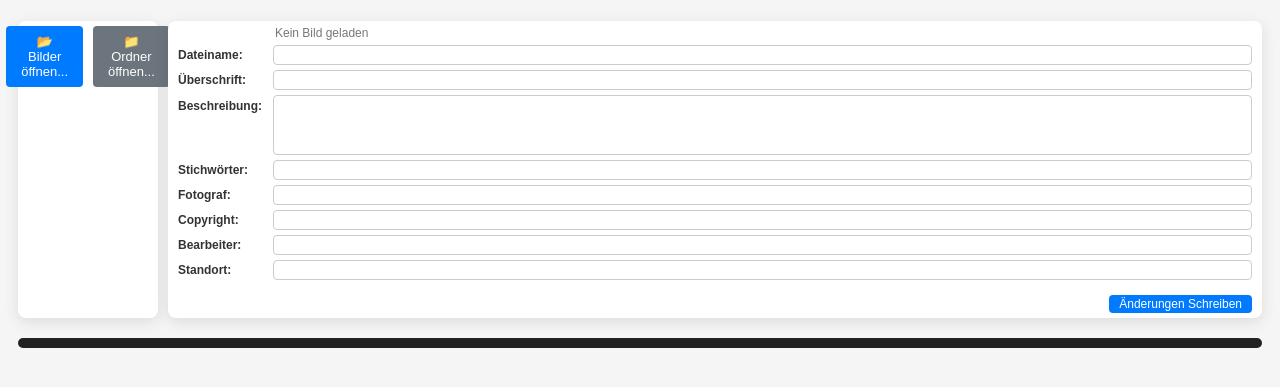
Repository: h-fahle/metadata
Page: ui/index.html
An editor plug-in stored every save of this project. The page is shown before and after the next save, followed by the edit.
The browser window is 1280 px wide. The pictures show the whole page.

Above is the page before, as saved 2026-08-17 14:18:54.

### ui/index.html
<!DOCTYPE html>
<html lang="de">

<head>
	<meta charset="UTF-8">
	<title>Tauri ExifTool Test</title>
	<link rel="stylesheet" href="style.css">
</head>

<body>

	<div class="main-container">

		<!-- Das Vorschaubild links -->
		<div id="sidebar">
			<!-- <button id="file-open" onclick="dateiAuswählen()">Datei öffnen</button> -->

			<div style="display: flex; gap: 10px; margin-bottom: 20px;">
				<!-- Button A: Für einzelne oder viele Bilder -->
				<button onclick="auswählen('dateien')" style="background: #007BFF; padding: 8px 15px; font-size: 13px;">
					📂 Bilder öffnen...
				</button>

				<!-- Button B: Für einen ganzen Ordner -->
				<button onclick="auswählen('ordner')" style="background: #6c757d; padding: 8px 15px; font-size: 13px;">
					📁 Ordner öffnen...
				</button>
			</div>

			<img id="vorschau-bild" src="" style="display:none;" />
			<div id="bild-info" style="text-align:center;">
				<span id="img-nummer"></span><br>
				<span id="img-datum"></span><br>
				<span id="img-groesse"></span>
			</div>
		</div>

		<!-- Das Formular rechts -->
		<form action="" method="post">

			<div id="ordner-pfad">Kein Bild geladen</div>

			<p>
				<label for="filename">Dateiname:</label>
				<input type="text" id="filename" name="filename" title="Im Einzelmodus: Änderung des Dateinamens bewirkt Umbenennung der Datei.
Im Stapelmodus: Ordnername is nicht änderbar." />
			</p>
			<p>
				<label for="caption">Überschrift:</label>
				<input type="text" id="caption" name="caption" title="Auch (Dokument-)Titel, Schlagzeile, Headline" />
			</p>
			<p>
				<label for="description">Beschreibung:</label>
				<textarea id="description" name="description" style="min-height: 60px;" title="Beschreibender Text in beliebiger Länge.
(Im Stapelmodus wird der eingegebene Text an vorhandenen angehängt.)
Hinweis: Einige Programme zeigen nur 2.000 Zeichen oder auch weniger an."></textarea>
			</p>
			<p>
				<label for="keywords">Stichwörter:</label>
				<input type="text" id="keywords" name="keywords" title="Komma-separierte Liste. Groß-/Kleinschreibung beachten.
Im Stapelmodus werden die eingegebenen Stichwörter an vorhandene angehängt." />
			</p>
			<p>
				<label for="creator">Fotograf:</label>
				<input type="text" id="creator" name="creator" title="Urheber, Ersteller, Autor
(Tags: Artitst, Creator, By-line)" />
			</p>
			<p>
				<label for="copyright">Copyright:</label>
				<input type="text" id="copyright" name="copyright" title="Urheberrechtshinweis; enthält in der Regel:
Name des Fotografen, Aufnahmejahr und Nutzungsrechte;
(z.B. 'Copyright [1975] [Mustermann], Alle Rechte vorbehalten')" />
			</p>
			<p>
				<label for="editor">Bearbeiter:</label>
				<input type="text" id="editor" name="editor" title="Verfasser der Metadaten
(Tags: Caption Writer, Writer Editor)" />
			</p>
			<p>
				<label for="position">Standort:</label>
				<input type="text" id="position" name="position" title="GPS-Koordinaten in Dezimalgrad (51.49129, 8.43317).
Ermitteln der Koordinaten in der Google Maps-Karte:
  1. mit rechter Maustaste auf den Standort klicken,
  2. auf die angezeigten Koordinaten klicken,
  3. der so gespeicherte Wert kann dann mit Strg+V kopiert werden." />
			</p>

			<!-- NEU: Der Speichern-Button am Ende des Formular-Containers -->
			<div style="text-align: right; margin-top: 15px;">
				<button onclick="exifSchreiben(event)" style="background: #007BFF;">Änderungen Schreiben</button>
			</div>

		</form>
	</div> <!-- Ende des main-containers -->

	<div id="ausgabe"></div>

	<script>

		let aktuellerBildPfad = "";

		async function dateiAuswählen() {
			try {
				const ergebnis = await window.__TAURI__.core.invoke('plugin:dialog|open', {
					options: {
						title: 'Bilddatei für ExifTool auswählen',
						directory: false,
						multiple: false,
						filters: [
							{ name: 'Bilder', extensions: ['jpg', 'jpeg', 'png', 'gif', 'tif', 'tiff', 'webp', 'avif', 'heic', 'heif'] }
						]
					}
				});

				// Wenn der Nutzer nicht abgebrochen hat (ergebnis ist nicht null)
				if (ergebnis) {
					// Falls das Ergebnis ein Objekt ist (z.B. { path: "..." }), holen wir den Pfad heraus,
					// ansonsten nehmen wir den String direkt.
					const pfad = typeof ergebnis === 'object' ? ergebnis.path : ergebnis;

					aktuellerBildPfad = pfad;

					// Sofort automatisch die Metadaten einlesen!
					exifAuslesen();
				}
			} catch (fehler) {
				document.getElementById("ausgabe").innerHTML = "<span style='color: red;'>Dialog-Fehler: " + fehler + "</span>";
			}
		}

		async function exifAuslesen() {
			const pfad = aktuellerBildPfad;
			const ausgabe = document.getElementById("ausgabe");
			const vorschauImg = document.getElementById("vorschau-bild");


			ausgabe.innerText = "Rufe ExifTool auf...";

			try {
				// 1. Metadaten über Rust holen
				const jsonText = await window.__TAURI__.core.invoke('lese_bild_metdaten', { dateipfad: pfad });
				const datenObjekt = JSON.parse(jsonText)[0]; 	// Das 1. JSON-Objekt im JSON-Array in JS-Objekt umwandeln

				document.getElementById('img-nummer').innerText = '# 0/0';
				let datum = datenObjekt.DateTimeOriginal;
				if (typeof datum === 'undefined') {
					datum = '(unbekannt)';
				}
				document.getElementById('img-datum').innerText = '\u{1F4F7} ' + datum || '';
				document.getElementById('img-groesse').innerText = '⤢ ' + datenObjekt.ImageSize || '';

				document.getElementById('filename').value = datenObjekt.FileName || '';
				document.getElementById('caption').value = datenObjekt.CMB_Caption || '';
				document.getElementById('description').value = datenObjekt.Description || '';
				document.getElementById('keywords').value = datenObjekt.Keywords || '';
				document.getElementById('creator').value = datenObjekt.Creator || '';
				document.getElementById('copyright').value = datenObjekt.Copyright || '';
				document.getElementById('editor').value = datenObjekt.CMB_Editor || '';
				document.getElementById('position').value = datenObjekt.GPSPosition || '';

				const vollerPfad = pfad;
				// Erkennt automatisch Linux-Schrägstriche (/) und Windows-Backslashes (\)
				const letzterSlash = Math.max(vollerPfad.lastIndexOf('/'), vollerPfad.lastIndexOf('\\'));
				let ordner = "Unbekannt";
				if (letzterSlash !== -1) {
					ordner = vollerPfad.substring(0, letzterSlash);
				}
				// Den berechneten Ordnerpfad in das neue Label schreiben
				document.getElementById('ordner-pfad').innerText = ordner;

				// Wir nehmen das erste Element der Liste (ExifTool liefert immer ein Array)
				// und stellen es schön formatiert im Browser dar
				// ausgabe.innerText = JSON.stringify(datenObjekt[0], null, 2);
				ausgabe.innerText = jsonText;

				// Wir fragen Rust nach dem besten Weg für das Bild
				const vorschauErgebnis = await window.__TAURI__.core.invoke('hole_vorschaubild', { dateipfad: pfad });

				if (vorschauErgebnis === "STANDARD") {
					// Normales JPG/PNG über das Asset-Protokoll
					const assetUrl = window.__TAURI__.core.convertFileSrc(pfad);
					vorschauImg.src = assetUrl + "?t=" + new Date().getTime();
				} else if (vorschauErgebnis.startsWith("data:[embedded picture, 23 characters]")) {
					// TIF/TIFF über den im RAM kompilierten Rust-Wandler
					vorschauImg.src = vorschauErgebnis;
				}

				vorschauImg.style.display = "block";

			} catch (fehler) {
				ausgabe.innerHTML = "<span style='color: red;'>Fehler: " + fehler + "</span>";
				vorschauImg.style.display = "none";
				infoText.innerText = "Fehler beim Laden";
			}
		}

		async function exifSchreiben(ereignis) {
			if (ereignis) ereignis.preventDefault();  // verbietet dem Browser den automatischen Seiten-Reset!

			const pfad = aktuellerBildPfad;
			const ausgabe = document.getElementById("ausgabe");

			ausgabe.innerText = "Speichere Daten über ExifTool...";

			// Wir sammeln alle aktuellen Werte aus den Eingabefeldern ein
			const daten = {
				dateipfad: pfad,
				filename: document.getElementById('filename').value,
				caption: document.getElementById('caption').value,
				description: document.getElementById('description').value,
				keywords: document.getElementById('keywords').value.split(',').map(s => s.trim()).join(', '),
				creator: document.getElementById('creator').value,
				copyright: document.getElementById('copyright').value,
				editor: document.getElementById('editor').value,
				gps: document.getElementById('position').value
			};

			try {
				// Wir schicken das gesamte Paket an die Rust-Funktion 'schreibe_bild_metdaten'
				const antwort = await window.__TAURI__.core.invoke('schreibe_bild_metdaten', daten);

				// Bei Erfolg zeigen wir die Meldung in grüner Schrift an
				ausgabe.innerHTML = "<span style='color: #00ff00;'>" + antwort + "</span>";

				// 2. Da der Pfad dank preventDefault() jetzt bombenfest im Feld stehen bleibt,
				// funktioniert das Neuladen nun augenblicklich und fehlerfrei!
				await exifAuslesen();

			} catch (fehler) {
				// Falls etwas schiefgeht (z.B. Datei schreibgeschützt), zeigen wir den Fehler an
				ausgabe.innerHTML = "<span style='color: red;'>Fehler beim Speichern: " + fehler + "</span>";
			}
		}

	</script>
</body>

</html>

### ui/style.css
body {
	font-family: sans-serif;
	font-size:12px;
	padding: 3px 10px;
	background: #f5f5f5;
}

button {
	padding: 2px 10px;
	font-size: 12px;
	cursor: pointer;
	background: #28a745;
	color: white;
	border: none;
	border-radius: 4px;
}

#ausgabe {
	margin-top: 20px;
	background: #222;
	color: #00ff00;
	padding: 5px;
	border-radius: 5px;
	font-family: monospace;
	white-space: pre-wrap;
	overflow-x: auto;
}
input#bildpfad {
	width: 350px;
}

/* Der neue Haupt-Container für die Nebeneinander-Ausrichtung */
.main-container {
	margin-top: 10px;
	display: flex;
	flex-direction: row;  /* Elemente nebeneinander */
	gap: 10px;            /* Abstand zwischen Bild und Formular */
	width: 100%;
	box-sizing: border-box;
}

/* Styling für den Bild-Bereich */
#sidebar {
	width: 130px;
	min-width: 130px;
	display: flex;
	flex-direction: column;
  	align-items: center;
  	justify-content: flex-start;
	padding: 5px;
	background-color: #ffffff;
	border-radius: 8px;
	box-shadow: 0 4px 15px rgba(0, 0, 0, 0.1);
}
#file-open {
	 width: 130px;
	 margin-bottom: 10px;
}
#vorschau-bild {
	width: 130px;
	height: auto;
	border: 1px outset gray;
}

/* Container des Formulars */
form {
	flex-grow: 1;
	margin: 0;
	padding: 5px 10px;
	background-color: #ffffff;
	border-radius: 8px;
	box-shadow: 0 4px 15px rgba(0, 0, 0, 0.1);
	font-family: Arial, sans-serif;
}

form p {
	display: flex;
	align-items: center;
	margin: 6px 0;       /* Geringer Zeilenabstand */
	width: 100%;
	margin-top: 5px;    /* Kleiner Abstand nach oben */
	margin-bottom: 5px; /* Kleiner Abstand nach unten */
}

label[for="description"] {
    align-self: flex-start;  /* DIESE ZEILE IST DIE RETTUNG: Richtet NUR dieses Label oben aus! */
    margin-top: 4px;         /* Feinjustierung, damit es perfekt auf der Linie der ersten Textzeile liegt */
}

#ordner-pfad {
	margin-left: 97px;
	margin-bottom: 2px;
	color: #777777;
	font-size: 12px;
	font-family: Arial, sans-serif;
}

/* Feste Breite für die Labels + Linksbündig */
label {
	display: inline-block;
	width: 95px;
	text-align: left;
	font-weight: bold;
	color: #333333;
	flex-shrink: 0; /* Verhindert, dass der Text zusammengedrückt wird */
}

/* Eingabefelder füllen den restlichen Platz der Zeile aus */
input[type="text"],
textarea {
	flex-grow: 1; /* Alle Felder starten exakt an der gleichen Linie */
	width: 100%;
	min-width: 0;
	padding: 2px;
	border: 1px solid #cccccc;
	border-radius: 4px;
	box-sizing: border-box;
	font-size: 12px;
}
textarea {
    /* DIESE BEIDEN ZEILEN LÖSEN DAS LINUX-PROBLEM ENDGÜLTIG: */
    field-sizing: content;   /* Die Box wächst automatisch zeilenweise mit! */
    overflow: hidden;        /* Schaltet Scrollbalken und damit den Bug komplett ab */
    resize: none;            /* Der Nutzer muss nicht mehr manuell ziehen */
}

/* Aktives Feld bei Klick */
input:focus,
textarea:focus {
	border-color: #007BFF;
	outline: none;
	box-shadow: 0 0 5px rgba(0, 123, 255, 0.5);
}

/* Der Absendeknopf richtet sich nach den Eingabefeldern aus */
.button-group {
	display: flex;
	justify-content: flex-end;
}

button[type="submit"] {
	width: 200px;
	padding: 12px;
	background-color: #007BFF;
	color: white;
	border: none;
	border-radius: 4px;
	font-size: 16px;
	cursor: pointer;
	transition: background-color 0.3s ease;
}
button[type="submit"]:hover {
	background-color: #0056b3;
}

After the next save:
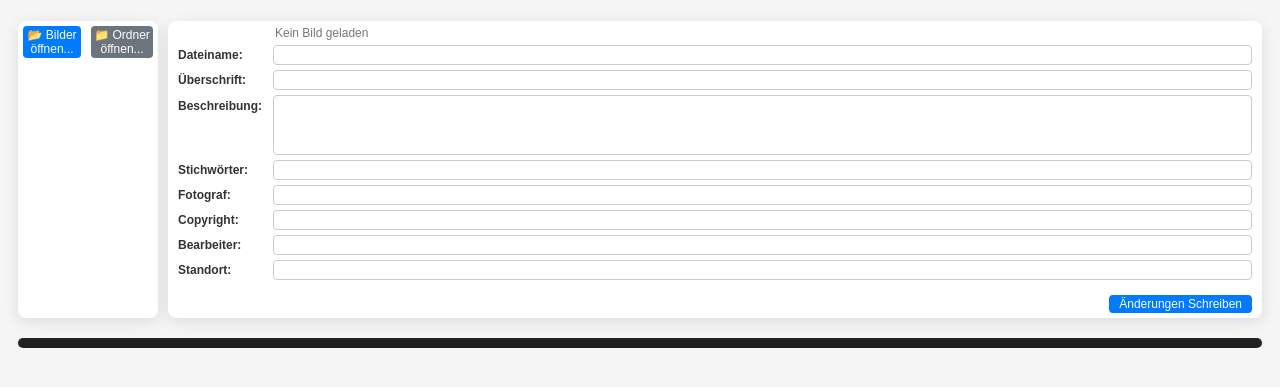
Saved 41 s later.
--- a/ui/index.html
+++ b/ui/index.html
@@ -17,12 +17,12 @@
 
 			<div style="display: flex; gap: 10px; margin-bottom: 20px;">
 				<!-- Button A: Für einzelne oder viele Bilder -->
-				<button onclick="auswählen('dateien')" style="background: #007BFF; padding: 8px 15px; font-size: 13px;">
+				<button onclick="auswählen('dateien')" style="background: #007BFF; padding: 2px; font-size: 12px;">
 					📂 Bilder öffnen...
 				</button>
 
 				<!-- Button B: Für einen ganzen Ordner -->
-				<button onclick="auswählen('ordner')" style="background: #6c757d; padding: 8px 15px; font-size: 13px;">
+				<button onclick="auswählen('ordner')" style="background: #6c757d; padding: 2px; font-size: 12px;">
 					📁 Ordner öffnen...
 				</button>
 			</div>
